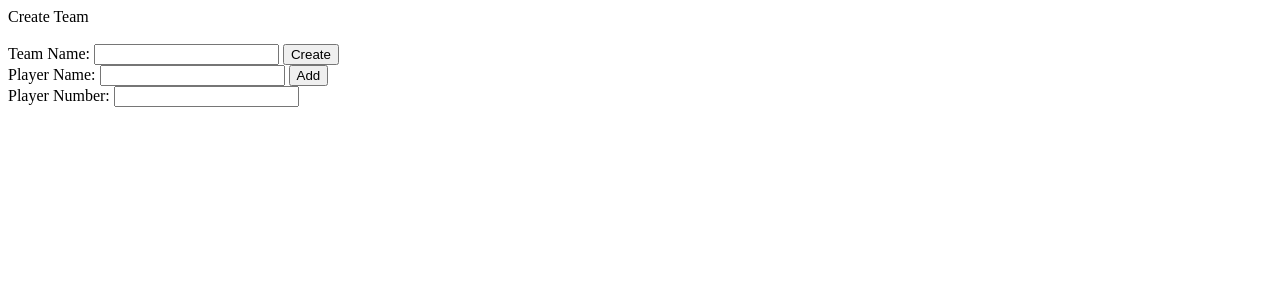
Repository: FredGlozman/SwiftScore
Page: SwiftScore/CreateTeam.html
An editor plug-in stored every save of this project. The page is shown before and after the next save, followed by the edit.
The browser window is 1280 px wide. The pictures show the whole page.

Above is the page before, as saved 2015-12-01 23:56:13.

After the next save:
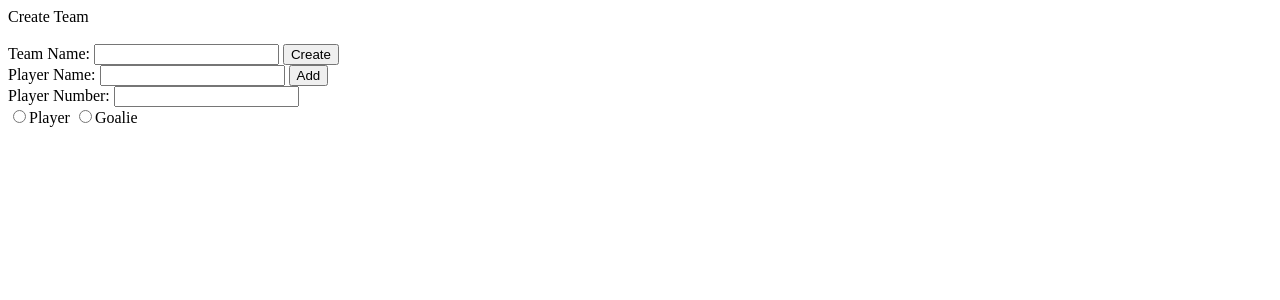
Saved 52 s later.
--- a/SwiftScore/CreateTeam.html
+++ b/SwiftScore/CreateTeam.html
@@ -12,6 +12,8 @@ Player Name: <input type="text" name="PlayerName"> <input type= "submit" name= "
 <br>
 Player Number: <input type="text" name="PlayerNumber">
 <br>
+<input type="radio" name = "Player" value="player">Player
+<input type="radio" name = "Player" value="player">Goalie
 </form>
 </body>
 </html>
